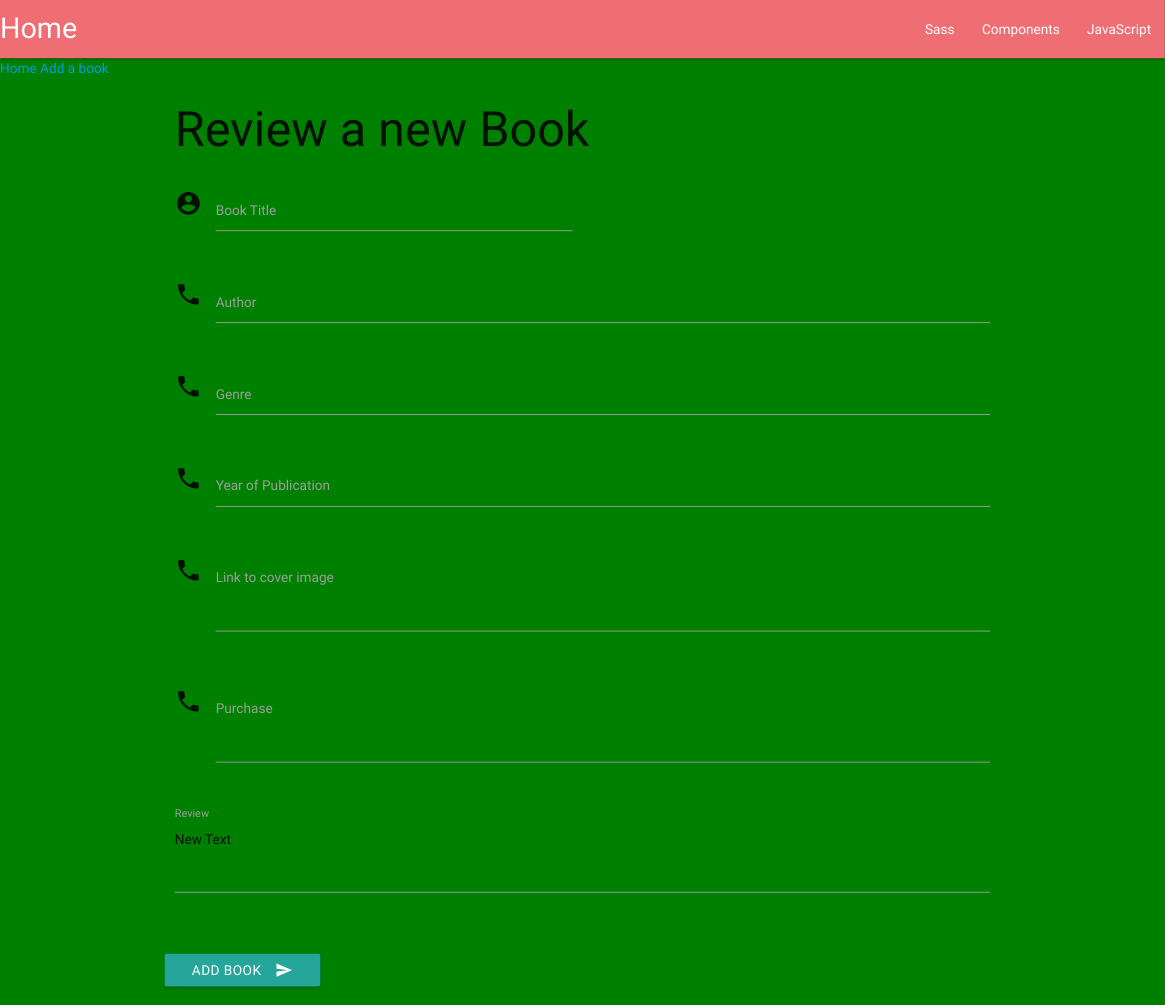
Repository: h8130084/bookReview
Page: http://localhost/add_book
The author's editor kept a record of every edit. The page is drawn from the files as they stood at one moment, then again after the next edit.
The browser window is 1280 px wide. The pictures show the whole page, at 91% of full size.
Some web libraries are served in a nearby version. The page is served by the project's application, run on Flask 3 (app.py).

Above is the page before.
Console error: ReferenceError: M is not defined

### templates/addbook.html
{% extends 'base.html' %} {% block content %}

<h2> Review a new Book</h2>
<div class="row">
    <form action="{{ url_for('insert_book') }}" method="POST" class="col s12">

        <div class="row">
            <div class="input-field col s6">
                <i class="material-icons prefix">account_circle</i>
                <input id="Title" name="Title" type="text" class="validate">
                <label for="icon_prefix">Book Title</label>
            </div>
        </div>

        <div class="row">
            <div class="input-field col s12">
                <i class="material-icons prefix">phone</i>
                <input name="Author" id="Author" class="materialize-textarea">
                <label for="icon_telephone">Author</label>
            </div>
        </div>

        <div class="row">
            <div class="input-field col s12">
                <i class="material-icons prefix">phone</i>
                <input name="Genre" id="Genre" class="materialize-textarea">
                <label for="icon_telephone">Genre</label>
            </div>
        </div>

        <div class="row">
            <div class="input-field col s12">
                <i class="material-icons prefix">phone</i>
                <input name="Year" id="Year" class="materialize-textarea">
                <label for="icon_telephone">Year of Publication</label>
            </div>
        </div>

        <div class="row">
            <div class="input-field col s12">
                <i class="material-icons prefix">phone</i>
                <textarea name="Image_URL" id="Image_URL" class="materialize-textarea"></textarea>
                <label for="icon_telephone">Link to cover image</label>
            </div>
        </div>

        <div class="row">
            <div class="input-field col s12">
                <i class="material-icons prefix">phone</i>
                <textarea name="Amazon" id="Amazon" class="materialize-textarea"></textarea>
                <label for="icon_telephone">Purchase</label>
            </div>
        </div>

        <div class="row">
            <div class="input-field col s12">
                <textarea id="Review" name="Review" class="materialize-textarea"></textarea>
                <label for="Review">Review</label>
            </div>
        </div>

</div>

<div class="row">
    <button class="btn waves-effect waves-light" type="submit" name="action">Add Book
                <i class="material-icons right">send</i>
            </button>
</div>
</form>
</div>

{% endblock %}

### templates/base.html
<!DOCTYPE html>
<html lang="en">

<head>
    <meta charset="UTF-8">
    <meta name="viewport" content="width=device-width, initial-scale=1.0">
    <meta http-equiv="X-UA-Compatible" content="ie=edge">

<!-- taken from google fonts, materilaize and cdnjs -->
    <link href="https://fonts.googleapis.com/icon?family=Material+Icons" rel="stylesheet">
    <link href="https://fonts.googleapis.com/css?family=Raleway&display=swap" rel="stylesheet">
    <link rel="stylesheet" href="https://cdnjs.cloudflare.com/ajax/libs/materialize/0.100.2/css/materialize.min.css">
    <link rel="stylesheet" href="{{url_for('static', filename='style.css')}}" type="text/css" />

    <title>Document</title>
</head>

<body>
    <header>
         <nav>
    <div class="nav-wrapper">
      <a href="{{url_for('get_books')}}" class="brand-logo">Home</a>
      <ul id="nav-mobile" class="right hide-on-med-and-down">
        <li><a href="sass.html">Sass</a></li>
        <li><a href="badges.html">Components</a></li>
        <li><a href="collapsible.html">JavaScript</a></li>
      </ul>
    </div>
  </nav>
		<div id="navbar" class="col s12">
			<a href="{{url_for('get_books')}}">Home</a>
			<a href="{{url_for('add_book')}}">Add a book</a>
		</div>
    </header>


    <div class="container">
        {% block content %} {% endblock %}

        <script src="https://cdnjs.cloudflare.com/ajax/libs/jquery/3.2.1/jquery.min.js"></script>
        <script src="https://cdnjs.cloudflare.com/ajax/libs/materialize/0.100.2/js/materialize.min.js"></script>
        <script type="text/javascript">
            $(document).ready(function() {
                $('.tabs').tabs();
                $('#Review').val('New Text');
                M.textareaAutoResize($('#Review'));

            });

        </script>
    </div>
</body>


</html>

### app.py
import os
from flask import Flask, render_template, redirect, request, url_for
from flask_pymongo import PyMongo
from bson.objectid import ObjectId
import env

app = Flask(__name__)

app.config["MONGO_DBNAME"] = 'book_review'
app.config["MONGO_URI"] = env.MONGO_URI


mongo = PyMongo(app)

@app.route('/')
@app.route('/ get_books')
def get_books():
     return render_template("books.html", books=mongo.db.book_details.find())

@app.route('/edit_book/<book_id>')
def edit_book(book_id):
    the_book = mongo.db.book_details.find_one({"_id": ObjectId(book_id)})
    all_categories = mongo.db.categories.find()
    return render_template('editbook.html', book=the_book, categories=all_categories)

@app.route('/update_book/<book_id>', methods=["POST"])
def update_book(book_id):
    books = mongo.db.book_details
    books.update( {'_id': ObjectId(book_id)},
    {
        'Title': request.form.get('Title'),
        'Author': request.form.get('Author'),
        'Genre': request.form.get('Genre'),
        'Year': request.form.get('Year'),
        'Image_URL': request.form.get('Image_URL'),
        'Amazon': request.form.get('Amazon'),
        'Review': request.form.get('Review')
    })
    return redirect(url_for('get_books'))

#book details page
@app.route('/book_info/<book_id>')
def book_info(book_id):
    the_book = mongo.db.book_details.find_one({"_id": ObjectId(book_id)})
    all_categories = mongo.db.categories.find()
    return render_template('bookdetails.html', book=the_book, categories=all_categories)

# displays add books page
@app.route('/add_book')
def add_book():
    return render_template('addbook.html')

#  takes the details from the form and adds the book to the database, then redirects to home page
@app.route('/insert_book', methods=['POST'])
def insert_book():

    new_book = {
        'Title': request.form.get('Title'),
        'Author': request.form.get('Author'),
        'Genre': request.form.get('Genre'),
        'Year': request.form.get('Year'),
        'Image_URL': request.form.get('Image_URL'),
        'Amazon': request.form.get('Amazon'),
        'Review': request.form.get('Review'),
        'upvotes': 0,
    }

    books = mongo.db.book_details
    books.insert_one(new_book)
    # ----- get books should be home page to display that the book just added is present
    return redirect(url_for('get_books'))

# delete the book
@app.route('/delete_book/<book_id>')
def delete_book(book_id):
    mongo.db.book_details.remove({'_id': ObjectId(book_id)})
    return redirect(url_for('get_books'))


if __name__ == '__main__':
    app.run(host=os.environ.get('IP'),
    port=int(os.environ.get('PORT')),
    debug=True)

### static/style.css
@import url('https://fonts.googleapis.com/css?family=Raleway&display=swap');
body{
    background-color: green;
}

.books{
   background-color: red;
 }

.sub-heading {
  font-family: 'Raleway', sans-serif;
  text-align: center;
}

After the next edit:
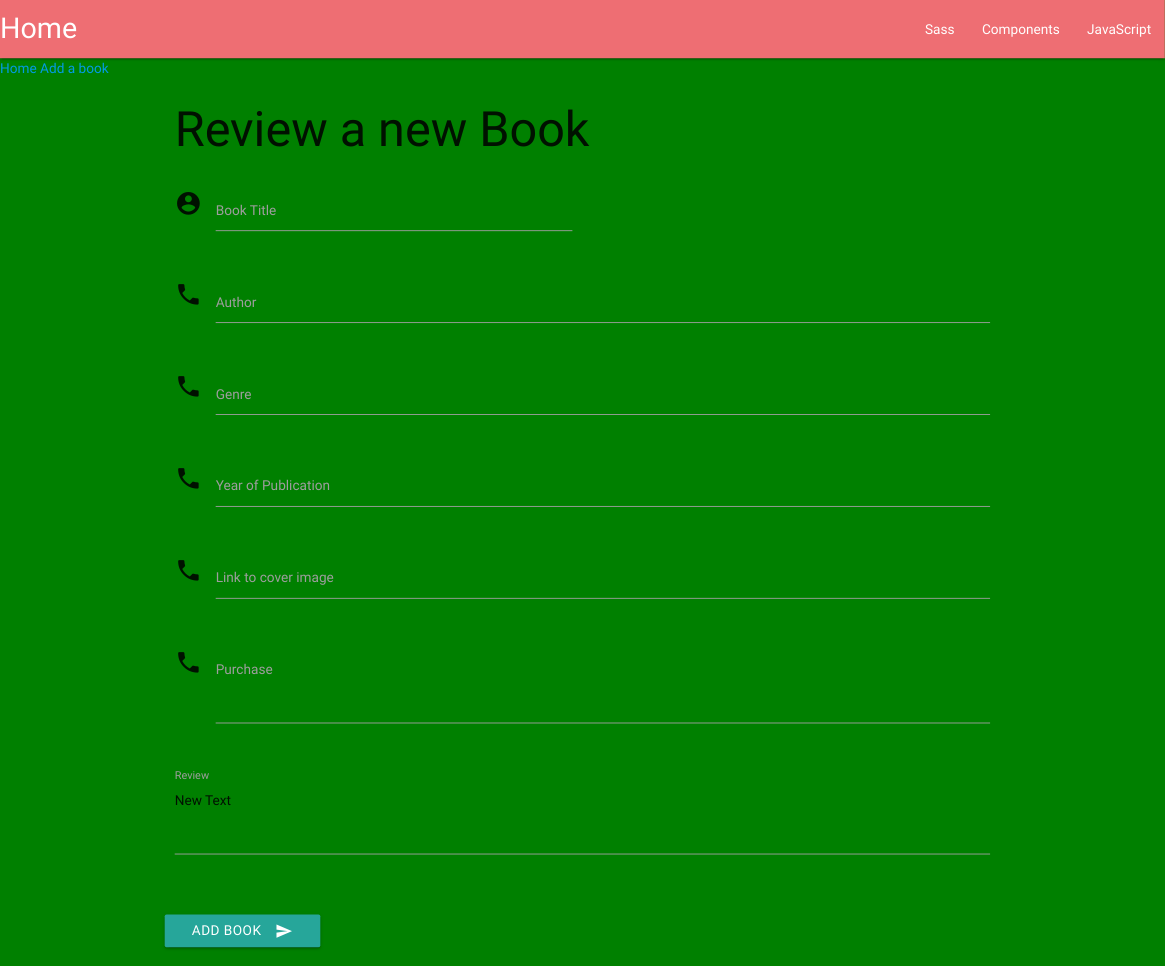
The edit:
--- a/templates/addbook.html
+++ b/templates/addbook.html
@@ -39,7 +39,7 @@
         <div class="row">
             <div class="input-field col s12">
                 <i class="material-icons prefix">phone</i>
-                <textarea name="Image_URL" id="Image_URL" class="materialize-textarea"></textarea>
+                <input name="Image_URL" id="Image_URL" class="materialize-textarea">
                 <label for="icon_telephone">Link to cover image</label>
             </div>
         </div>
